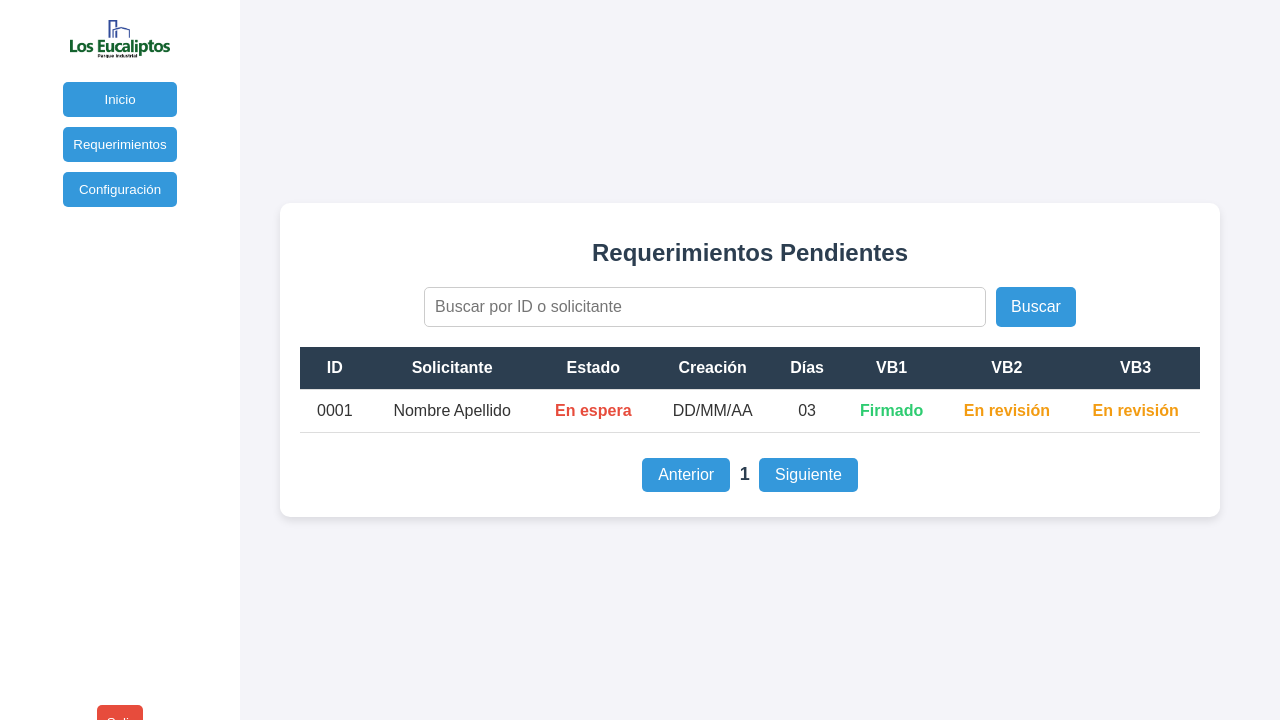
Repository: Los-Eucaliptos-WebApp/Los-Eucaliptos-FrontEnd
Page: pages/los-eucaliptos-request-pending/index.html
An editor plug-in stored every save of this project. The page is shown before and after the next save, followed by the edit.
The browser window is 1280 px wide. The pictures show the whole page.

Above is the page before, as saved 2025-02-17 07:32:40.

### pages/los-eucaliptos-request-pending/index.html
<!DOCTYPE html>
<html lang="es">
<head>
    <meta charset="UTF-8">
    <meta name="viewport" content="width=device-width, initial-scale=1.0">
    <title>Los Eucaliptos</title>
    <link rel="icon" href="/assets/ícono-los-eucaliptos.png" type="image/png">
    <link rel="stylesheet" href="styles.css">
    <script src="script.js"></script>
</head>
<body>
    <div class="sidebar">
        <div class="logo">
            <img src="/assets/logo-los-eucaliptos.png" alt="Logo">
        </div>
        <div class="menu">
            <button>Inicio</button>
            <button>Requerimientos</button>
            <button>Configuración</button>
        </div>
        <div class="logout">
            <button id="logout">Salir</button>
        </div>
    </div>

    <div class="container">
        <h1>Requerimientos Pendientes</h1>
        <div class="search-box">
            <input type="text" id="searchInput" placeholder="Buscar por ID o solicitante">
            <button id="searchButton">Buscar</button>
        </div>
        <table>
            <thead>
                <tr>
                    <th>ID</th>
                    <th>Solicitante</th>
                    <th>Estado</th>
                    <th>Creación</th>
                    <th>Días</th>
                    <th>VB1</th>
                    <th>VB2</th>
                    <th>VB3</th>
                </tr>
            </thead>
            <tbody>
                <tr>
                    <td>0001</td>
                    <td>Nombre Apellido</td>
                    <td class="status pending">En espera</td>
                    <td>DD/MM/AA</td>
                    <td>03</td>
                    <td class="approved">Firmado</td>
                    <td class="review">En revisión</td>
                    <td class="review">En revisión</td>
                </tr>
            </tbody>
        </table>
        <div class="pagination">
            <button id="prevPage">Anterior</button>
            <span id="currentPage">1</span>
            <button id="nextPage">Siguiente</button>
        </div>
    </div>
    <script src="script.js"></script>
</body>
</html>

### pages/los-eucaliptos-request-pending/styles.css
body {|
    font-family: Arial, sans-serif;
    background-color: #f4f4f9;
    color: #333;
    margin: 0;
    padding: 0;
    display: flex;
    justify-content: center;
    align-items: center;
    height: 100vh;
}

.status.pending {
    color: #e74c3c;
    font-weight: bold;
}

.approved {
    color: #2ecc71;
    font-weight: bold;
}

.review {
    color: #f39c12;
    font-weight: bold;
}


.container {
    background: #fff;
    padding: 20px;
    border-radius: 10px;
    box-shadow: 0 4px 8px rgba(0, 0, 0, 0.1);
    width: 80%;
    max-width: 900px;
    text-align: center;
}


h1 {
    font-size: 24px;
    margin-bottom: 20px;
    color: #2c3e50;
}


.search-box {
    display: flex;
    justify-content: center;
    margin-bottom: 20px;
}

.search-box input {
    width: 60%;
    padding: 10px;
    border: 1px solid #ccc;
    border-radius: 5px;
    font-size: 16px;
}

.search-box button {
    padding: 10px 15px;
    margin-left: 10px;
    border: none;
    background-color: #3498db;
    color: white;
    border-radius: 5px;
    cursor: pointer;
    font-size: 16px;
}

.search-box button:hover {
    background-color: #2980b9;
}

table {
    width: 100%;
    border-collapse: collapse;
    margin-top: 10px;
}

thead {
    background-color: #3498db;
    color: white;
}

th, td {
    padding: 12px;
    text-align: center;
    border-bottom: 1px solid #ddd;
}

tr:nth-child(even) {
    background-color: #f2f2f2;
}

th {
    background-color: #2c3e50;
    color: white;
}


.pagination {
    margin-top: 20px;
}

.pagination button {
    background-color: #3498db;
    border: none;
    color: white;
    padding: 8px 16px;
    margin: 5px;
    border-radius: 5px;
    cursor: pointer;
    font-size: 16px;
}

.pagination button:hover {
    background-color: #2980b9;
}

.pagination span {
    font-size: 18px;
    font-weight: bold;
    color: #2c3e50;
}
body {
    display: flex;
    margin: 0;
    font-family: Arial, sans-serif;
    background-color: #f4f4f9;
}

/* Sidebar */
.sidebar {
    width: 200px;
    background-color: #ffffff;
    display: flex;
    flex-direction: column;
    align-items: center;
    padding: 20px;
    height: 100vh;
    position: fixed;
    left: 0;
    top: 0;
}

.logo img {
    width: 100px;
    margin-bottom: 20px;
}

.menu {
    flex-grow: 1;
    display: flex;
    flex-direction: column;
    gap: 10px;
}

.menu button {
    background-color: #3498db;
    border: none;
    padding: 10px;
    color: white;
    border-radius: 5px;
    cursor: pointer;
    width: 100%;
}

.menu button:hover {
    background-color: #2980b9;
}


.logout {
    margin-top: auto;
}

.logout button {
    background-color: #e74c3c;
    border: none;
    padding: 10px;
    color: white;
    border-radius: 5px;
    cursor: pointer;
    width: 100%;
}

.logout button:hover {
    background-color: #c0392b;
}


.container {
    margin-left: 220px;
    padding: 20px;
    width: calc(100% - 220px);
}

Loaded but not shown: pages/los-eucaliptos-request-pending/script.js (no stored copy; drawn as an empty file)

After the next save:
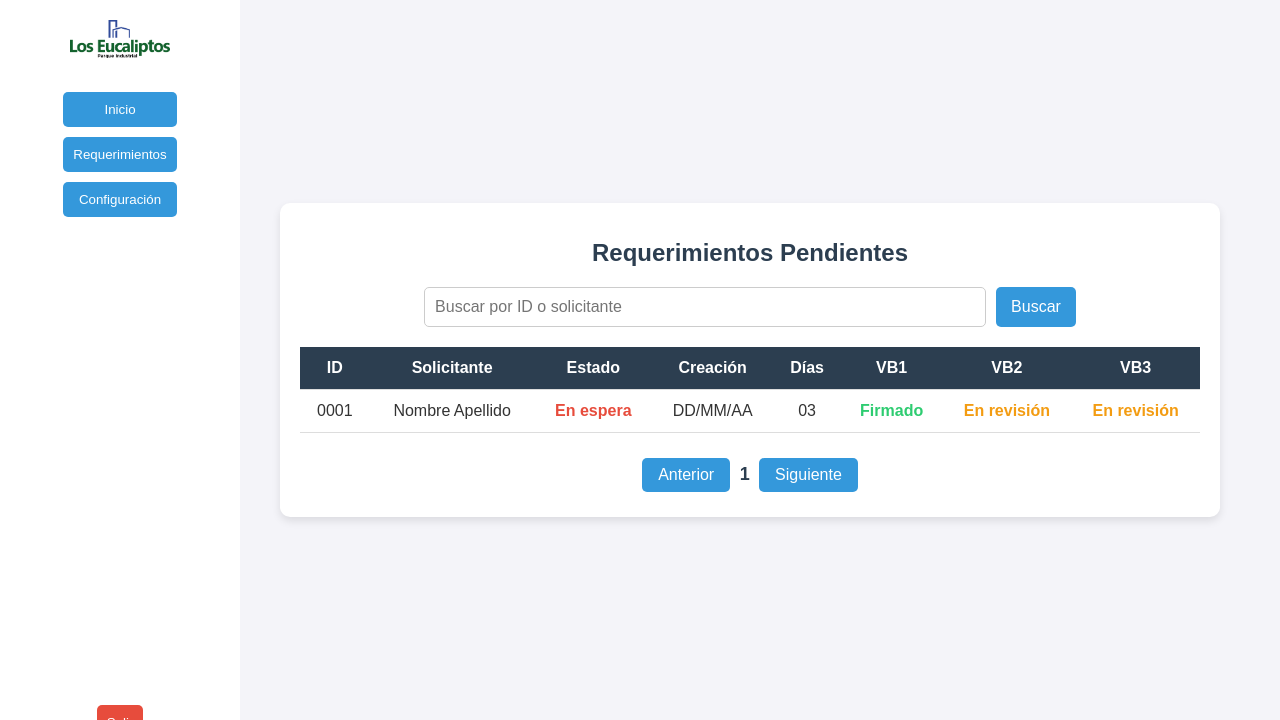
Saved 95 s later.
--- a/pages/los-eucaliptos-request-pending/styles.css
+++ b/pages/los-eucaliptos-request-pending/styles.css
@@ -131,7 +131,7 @@
     background-color: #f4f4f9;
 }
 
-/* Sidebar */
+
 .sidebar {
     width: 200px;
     background-color: #ffffff;
@@ -147,7 +147,7 @@
 
 .logo img {
     width: 100px;
-    margin-bottom: 20px;
+    margin-bottom: 30px;
 }
 
 .menu {

After the save that followed:
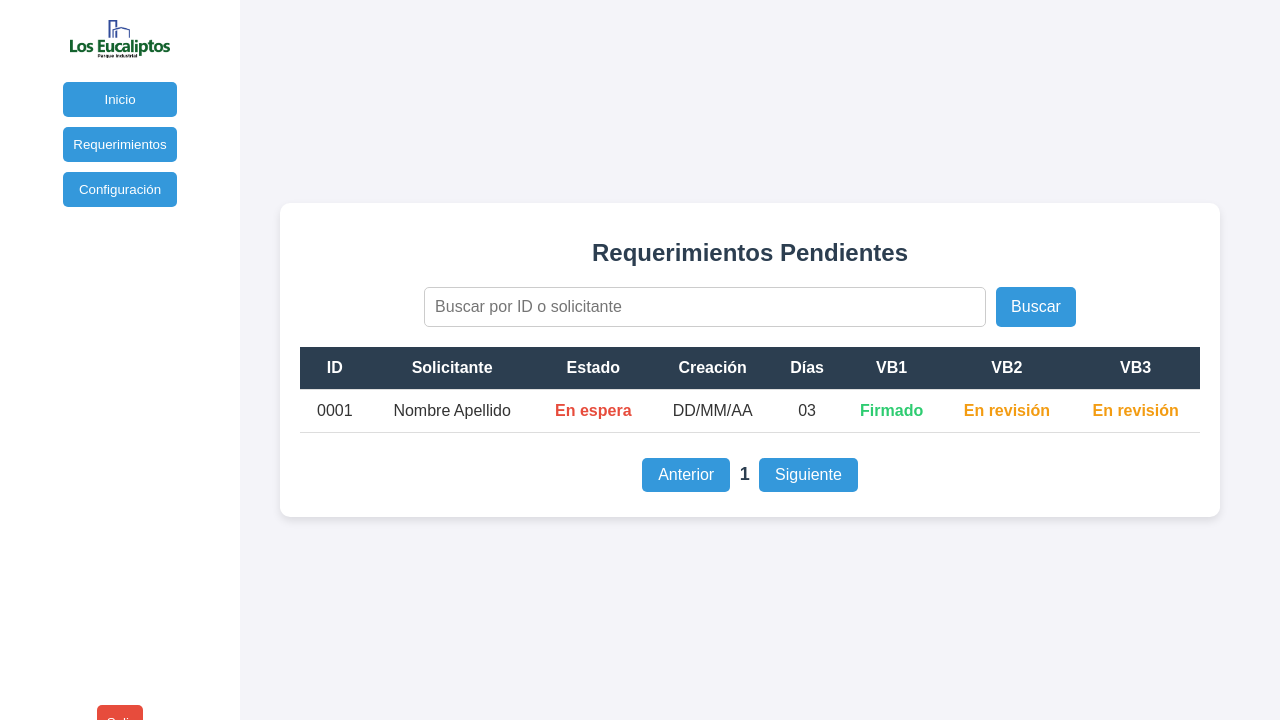
Saved 6 s later.
--- a/pages/los-eucaliptos-request-pending/styles.css
+++ b/pages/los-eucaliptos-request-pending/styles.css
@@ -147,7 +147,7 @@
 
 .logo img {
     width: 100px;
-    margin-bottom: 30px;
+    margin-bottom: 20px;
 }
 
 .menu {
